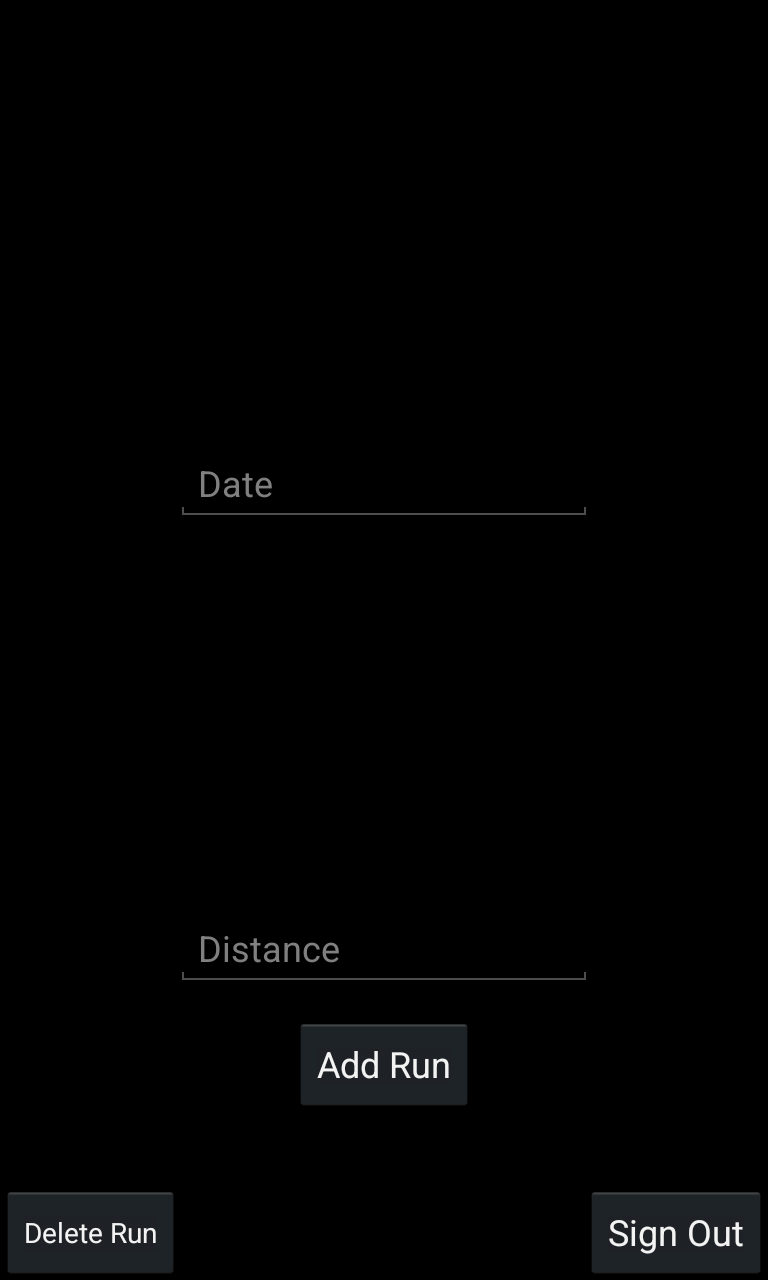
Repository: arianaantonio/CPMD
Layout: ContactsAppAndroid/res/layout/contacts_layout.xml
These files come from the project's save history. The layout is drawn as it stood at one moment and after the next save; the edit follows.
It is drawn on a 768 x 1280 px phone screen (xhdpi) without system bars, with theme android:Theme.Holo; the app's code is not run. Lists and similar views that code fills are empty.

Above is the layout before, as saved 2014-10-31 01:35:52.

### ContactsAppAndroid/res/layout/contacts_layout.xml
<?xml version="1.0" encoding="utf-8"?>
<RelativeLayout xmlns:android="http://schemas.android.com/apk/res/android"
    xmlns:tools="http://schemas.android.com/tools"
    android:layout_width="match_parent"
    android:layout_height="match_parent"
    android:orientation="vertical"
    tools:context="com.parse.starter.ContactsActivity" >

    <ListView
        android:id="@+id/listView1"
        android:layout_width="match_parent"
        android:layout_height="200dp"
        android:layout_alignParentTop="true"
        android:layout_centerHorizontal="true"
        android:focusable="true"
        android:clickable="true"
        android:layout_marginTop="22dp" >
    </ListView>

    <Button
        android:id="@+id/deleteButton"
        style="?android:attr/buttonStyleSmall"
        android:layout_width="wrap_content"
        android:layout_height="wrap_content"
        android:layout_alignParentBottom="true"
        android:layout_alignParentLeft="true"
        android:text="@string/delete" />

    <EditText
        android:id="@+id/editText1"
        android:layout_width="wrap_content"
        android:layout_height="wrap_content"
        android:layout_below="@+id/listView1"
        android:layout_centerHorizontal="true"
        android:ems="10"
        android:hint="@string/date"
        android:inputType="date" >


    </EditText>

    <EditText
        android:id="@+id/editText2"
        android:layout_width="wrap_content"
        android:layout_height="wrap_content"
        android:layout_above="@+id/addButton"
        android:layout_alignRight="@+id/editText1"
        android:layout_marginBottom="14dp"
        android:ems="10"
        android:hint="@string/distance"
        android:inputType="numberDecimal" />

    <Button
        android:id="@+id/addButton"
        android:layout_width="wrap_content"
        android:layout_height="wrap_content"
        android:layout_above="@+id/deleteButton"
        android:layout_centerHorizontal="true"
        android:layout_marginBottom="36dp"
        android:text="@string/add" />

    <Button
        android:id="@+id/signoutButton"
        android:layout_width="wrap_content"
        android:layout_height="wrap_content"
        android:layout_alignParentBottom="true"
        android:layout_alignParentRight="true"
        android:text="@string/signOut" />

</RelativeLayout>

### ContactsAppAndroid/res/values/strings.xml
<?xml version="1.0" encoding="utf-8"?>
<resources>
    <string name="hello">Hello World, ParseStarterProjectActivity!</string>
    <string name="app_name">Run Log</string>
    <string name="login">Log In</string>
    <string name="signup">Sign Up</string>
    <string name="skip">Skip</string>
    <string name="username">username</string>
    <string name="password">password</string>
    <string name="newUsername">Create Username</string>
    <string name="newPassword">Create Password</string>
    <string name="contacts">Runs</string>
    <string name="date">Date</string>
    <string name="distance">Distance</string>
    <string name="add">Add Run</string>
    <string name="delete">Delete Run</string>
    <string name="signOut">Sign Out</string>

</resources>

After the next save:
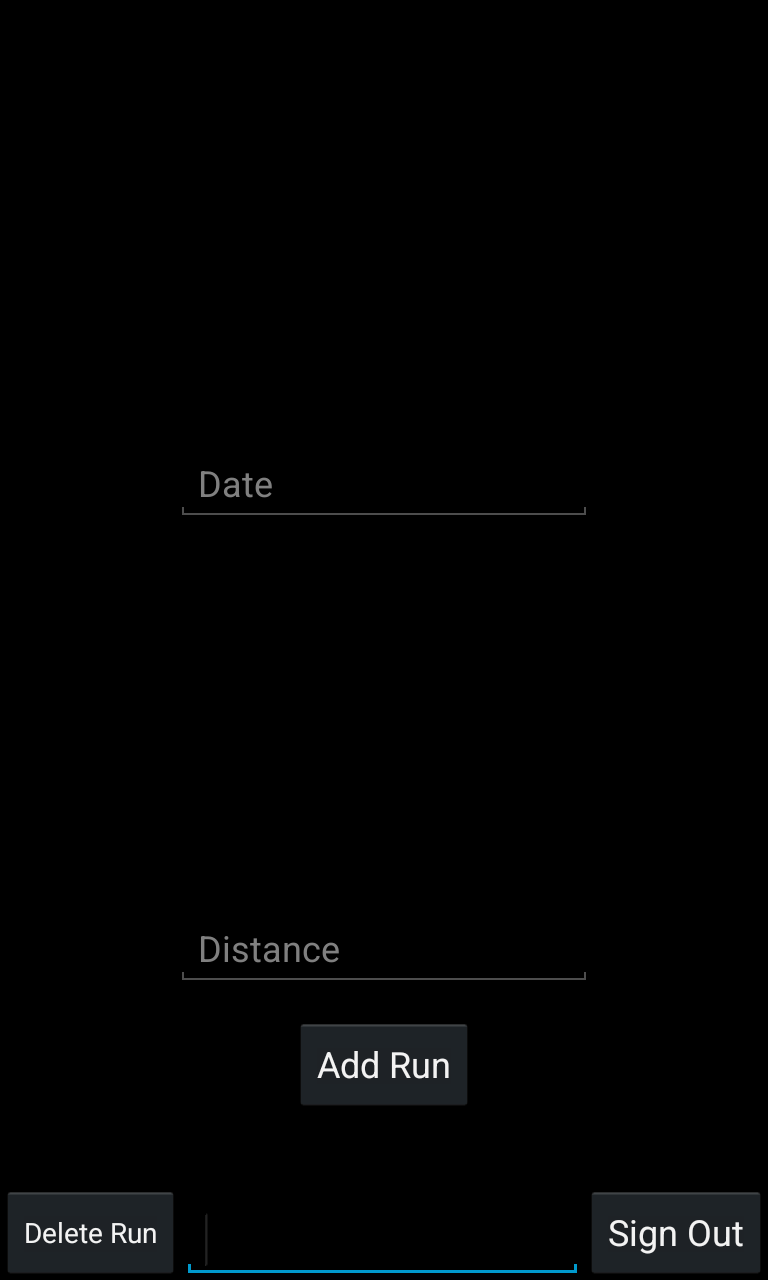
Saved 6 min 9 s later.
--- a/ContactsAppAndroid/res/layout/contacts_layout.xml
+++ b/ContactsAppAndroid/res/layout/contacts_layout.xml
@@ -67,4 +67,16 @@
         android:layout_alignParentRight="true"
         android:text="@string/signOut" />
 
+    <EditText
+        android:id="@+id/usernameField"
+        android:layout_width="wrap_content"
+        android:layout_height="wrap_content"
+        android:layout_alignParentBottom="true"
+        android:layout_toLeftOf="@+id/signoutButton"
+        android:layout_toRightOf="@+id/deleteButton"
+        android:ems="10" >
+
+        <requestFocus />
+    </EditText>
+
 </RelativeLayout>

After the save that followed:
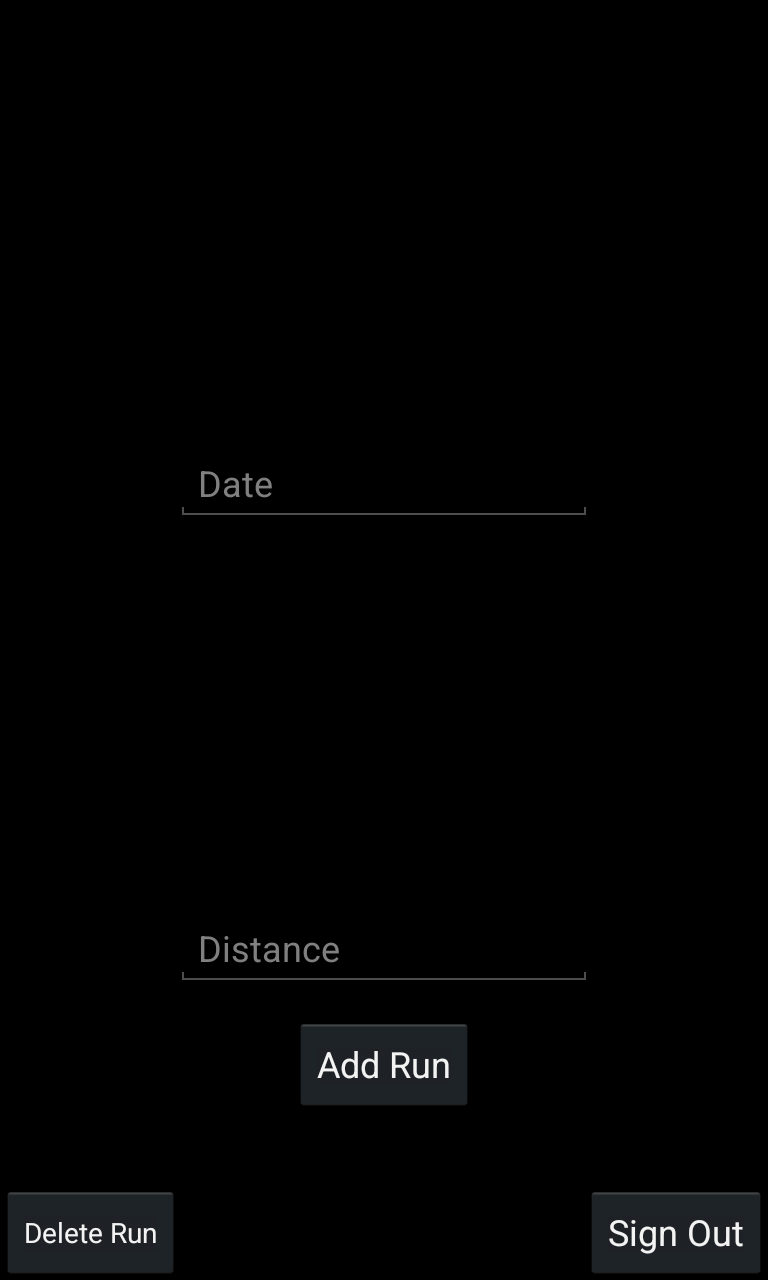
Saved 3 min 22 s later.
--- a/ContactsAppAndroid/res/layout/contacts_layout.xml
+++ b/ContactsAppAndroid/res/layout/contacts_layout.xml
@@ -67,16 +67,14 @@
         android:layout_alignParentRight="true"
         android:text="@string/signOut" />
 
-    <EditText
+    <TextView
         android:id="@+id/usernameField"
         android:layout_width="wrap_content"
         android:layout_height="wrap_content"
-        android:layout_alignParentBottom="true"
-        android:layout_toLeftOf="@+id/signoutButton"
-        android:layout_toRightOf="@+id/deleteButton"
-        android:ems="10" >
-
-        <requestFocus />
-    </EditText>
+        android:layout_alignBaseline="@+id/signoutButton"
+        android:layout_alignBottom="@+id/signoutButton"
+        android:layout_alignLeft="@+id/addButton"
+        android:layout_alignRight="@+id/addButton"
+        android:text="" />
 
 </RelativeLayout>
